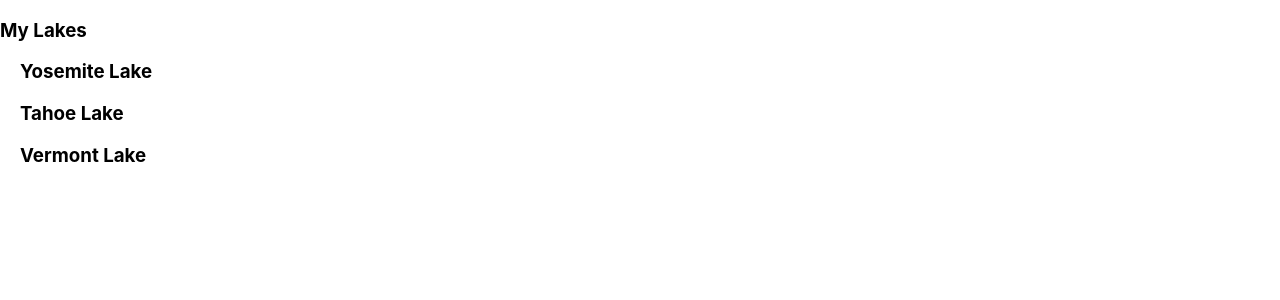
Repository: CaptainStorm21/intro-react-hooks
Page: /
An editor plug-in stored every save of this project. The page is shown before and after the next save, followed by the edit.
The browser window is 1280 px wide. The pictures show the whole page.
The project was rebuilt for these pictures with package versions that can differ from the ones it lists, and the page was loaded fresh each time.

Above is the page before, as saved 2020-05-25 22:10:02.

After the next save:
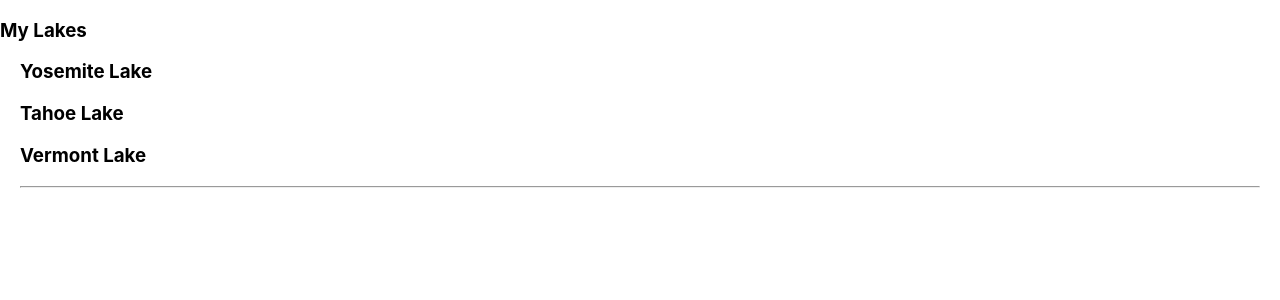
Saved 18 s later.
--- a/src/index.js
+++ b/src/index.js
@@ -20,6 +20,7 @@ function App() {
       <Lake  name="Yosemite Lake" />
       <Lake name="Tahoe Lake" />
         <Lake name="Vermont Lake" />
+        <hr></hr>
       </div>
     </div>
   );
